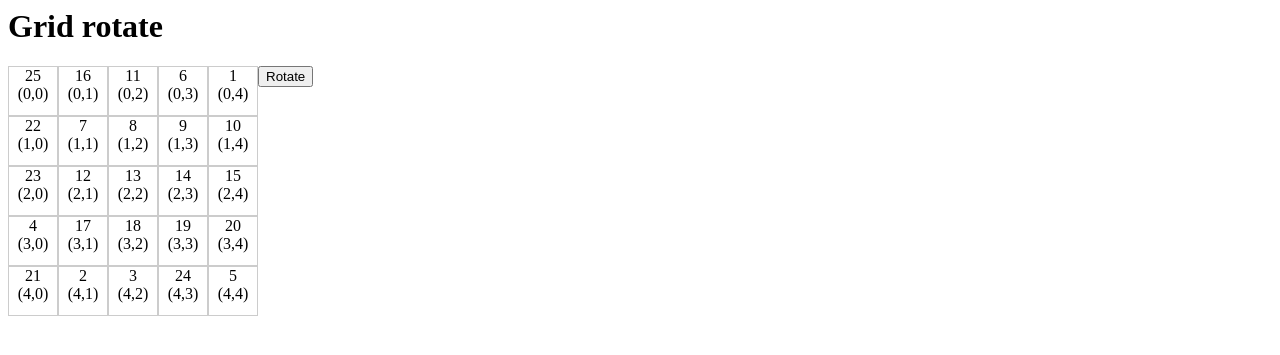
Repository: rashko/rotatematrix
Page: index.html
These files come from the project's save history. The page is drawn as it stood at one moment and after the next save; the edit follows.
The browser window is 1280 px wide. The pictures show the whole page.
After loading, the first visible `#rotator` was clicked once.

Above is the page before, as saved 2018-07-07 19:22:05.

### index.html
<html>
<head>

</head>
<style>
    #grid {
        width: 250px;
    }
    .box {
        width:50px;
        height:50px;
        float:left;
        border: solid 1px #ccc;
        box-sizing: border-box;
        text-align: center;
    }
</style>
<body>
<h1>Grid rotate</h1>
<div id="grid"></div>
<button id="rotator">Rotate</button>
<script type="text/javascript">

var grid = document.getElementById("grid");
var rotator =  document.getElementById("rotator");
const GRID_SIZE = 5;
let counter = 0;
var matrix = [];
var memory = [];
var row;
var $scope = {};
// create boxes
for(x = 0; x < GRID_SIZE; x++){
    row = [];
    for(y = 0; y < GRID_SIZE; y++){
        counter++;
        var box = document.createElement("div");
        var value = document.createElement("span");
        value.className = "value";
        value.innerHTML = counter;
        Object.defineProperty($scope, `value_${x}_${y}`, {
            set: function(newValue){
                value.innerHTML = newValue;
            }
        })
        var cords = document.createElement("span");
        cords.className = "cords";
        cords.innerHTML = `<br />(${x},${y})`;
        box.className = "box";
        box.appendChild(value);
        box.appendChild(cords);
        grid.appendChild(box);
        row.push({x,y, value: counter, el: value, moved: false});

    }
    matrix.push(row);
}

// add event to rotator
rotator.addEventListener('click', rotate);

function rotate(){
    // rotGroup();
    for(x = 0; x < GRID_SIZE; x++){
        y = 0;
        rotGroup(x, y);
        // for(y = 0; y < GRID_SIZE; y++){
        //     //get first cell and put in line
        //     rotGroup(x, y);
        // }
    }
}


function rotGroup(x, y){
    var mem;
    var top = x;
    var left = y;
    var bottom = GRID_SIZE - x - 1;
    var right = GRID_SIZE - y - 1;
    /*
    x, y                    => top left
    x, GRID_SIZE - x        => top right
    GRID_SIZE, GRID_SIZE    => bottom right
    GRID_SIZE, x            => bottom left
    */

    var topLeft = matrix[top][left];
    var bottomLeft = matrix[right][top];
    var bottomRight = matrix[right][bottom];
    var topRight = matrix[left][bottom];

    mem = topLeft.value;

    topLeft.value = bottomLeft.value;
    topLeft.el.innerHTML = bottomLeft.value;

    bottomLeft.value = bottomRight.value;
    bottomLeft.el.innerHTML = bottomRight.value;

    bottomRight.value = topRight.value;
    bottomRight.el.innerHTML = topRight.value;

    topRight.value = mem;
    topRight.el.innerHTML = mem;
}
</script>
</body>
</html>

After the next save:
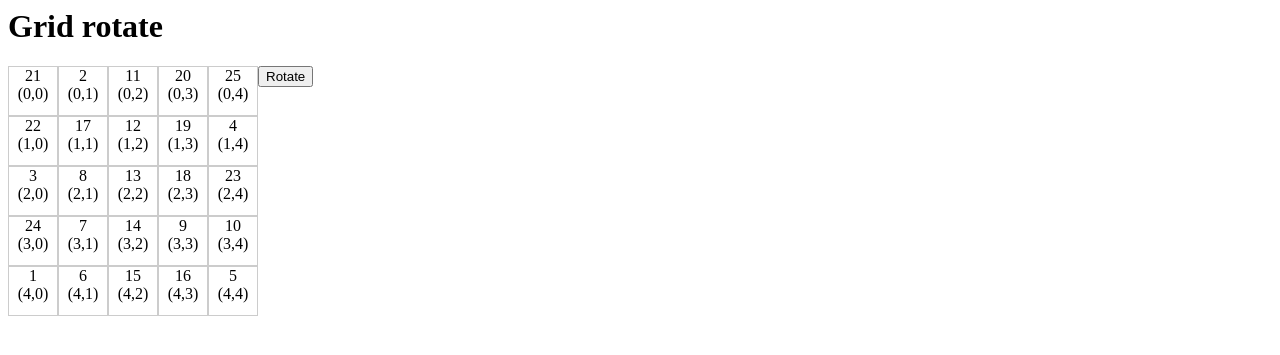
Saved 31 s later.
--- a/index.html
+++ b/index.html
@@ -62,12 +62,12 @@ rotator.addEventListener('click', rotate);
 function rotate(){
     // rotGroup();
     for(x = 0; x < GRID_SIZE; x++){
-        y = 0;
-        rotGroup(x, y);
-        // for(y = 0; y < GRID_SIZE; y++){
-        //     //get first cell and put in line
-        //     rotGroup(x, y);
-        // }
+        // y = 0;
+        // rotGroup(x, y);
+        for(y = 0; y < GRID_SIZE; y++){
+            //get first cell and put in line
+            rotGroup(x, y);
+        }
     }
 }
 
